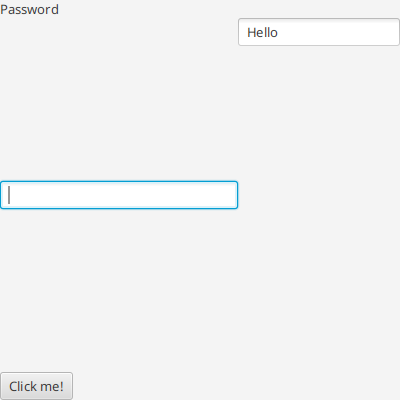
Repository: Tomcat-Seaotter/Java
Program's window: java code14/Lesson41/src/application/Lesson42.java
These files come from the project's save history. The program's window is drawn as it stood at one moment and after the next save; the edit follows.
It runs on Java 21 on a 1366 x 768 screen with JavaFX 11; the title bar is not drawn.

Above is the program's window before, as saved 2018-12-21 23:08:45.

### code14/Lesson41/src/application/Lesson42.java
package application;

import javafx.application.Application;
import javafx.scene.Scene;
import javafx.scene.control.Button;
import javafx.scene.control.Label;
import javafx.scene.control.TextField;
import javafx.scene.layout.BorderPane;
import javafx.stage.Stage;

public class Lesson42 extends Application {

	@Override
	public void start(Stage stage) throws Exception {
		// TODO Auto-generated method stub
		Label lab1 = new Label();
		lab1.setText("UserName");
		Label lab2 = new Label();
		lab1.setText("Password");
		TextField tx1 = new TextField();
		TextField tx2 = new TextField("Hello");
		Button btn1 = new Button("Click me!");
		BorderPane pane1 = new BorderPane();
		pane1.setTop(lab1);
		pane1.setLeft(lab2);
		pane1.setCenter(tx1);
		pane1.setRight(tx2);
		pane1.setBottom(btn1);
		Scene scene1 = new Scene(pane1,400,400);
		stage.setTitle("BorderPane");
		stage.setScene(scene1);
		stage.show();
	}

	public static void main(String[] args) {
		// TODO Auto-generated method stub
		Application.launch(args);

	}

}

After the next save:
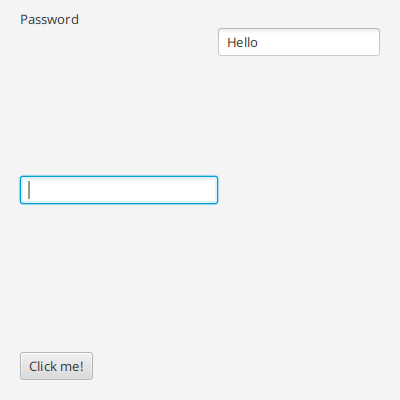
Saved 80 s later.
--- a/code14/Lesson41/src/application/Lesson42.java
+++ b/code14/Lesson41/src/application/Lesson42.java
@@ -1,6 +1,7 @@
 package application;
 
 import javafx.application.Application;
+import javafx.geometry.Insets;
 import javafx.scene.Scene;
 import javafx.scene.control.Button;
 import javafx.scene.control.Label;
@@ -21,6 +22,7 @@
 		TextField tx2 = new TextField("Hello");
 		Button btn1 = new Button("Click me!");
 		BorderPane pane1 = new BorderPane();
+		pane1.setPadding(new Insets(10,20,20,20));
 		pane1.setTop(lab1);
 		pane1.setLeft(lab2);
 		pane1.setCenter(tx1);
